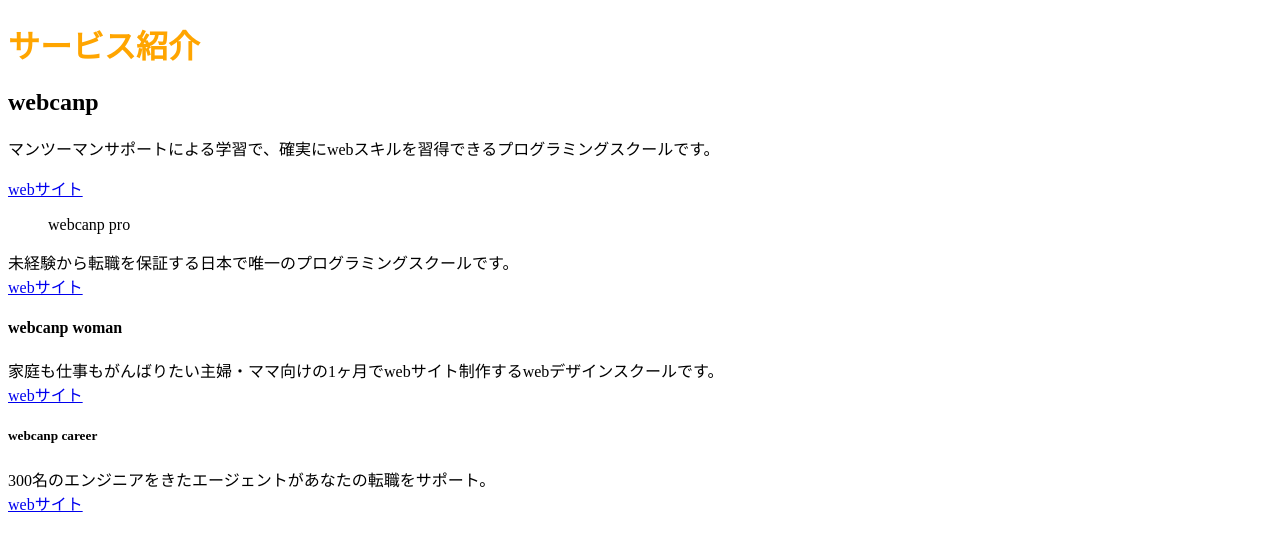
Repository: itoudaiki/git-practice
Page: sample/sample.html
The author's editor kept a record of every edit. The page is drawn from the files as they stood at one moment, then again after the next edit.
The browser window is 1280 px wide. The pictures show the whole page.

Above is the page before.

### sample/sample.html
<!DOCTYPE HTML>
<html lang="ja">
  <head>
    <meta charset="UTF-8" />
    <title>初めてのHTML</title>
    <link rel="stylesheet" href="style.css" />
  </head>
  <h1>サービス紹介</h1>
  <body>
  <h2>webcanp</h2>
  <p>マンツーマンサポートによる学習で、確実にwebスキルを習得できるプログラミングスクールです。</p>
  <a href="https://web-camp.io/">webサイト</a>
   <ul>webcanp pro</ul>
  <a>未経験から転職を保証する日本で唯一のプログラミングスクールです。</a>
  <br>
  <a href="https://web-camp.io/">webサイト</a>
  <h4>webcanp woman</h4>
  <a>家庭も仕事もがんばりたい主婦・ママ向けの1ヶ月でwebサイト制作するwebデザインスクールです。</a>
  <br>
  <a href="https://web-camp.io/">webサイト</a>
  <h5>webcanp career</h5>
  <a>300名のエンジニアをきたエージェントがあなたの転職をサポート。</a>
  <br>
  <a href="https://web-camp.io/">webサイト</a>
  </body>
</html>

### sample/style.css
h1 {
    color:orange;
}

After the next edit:
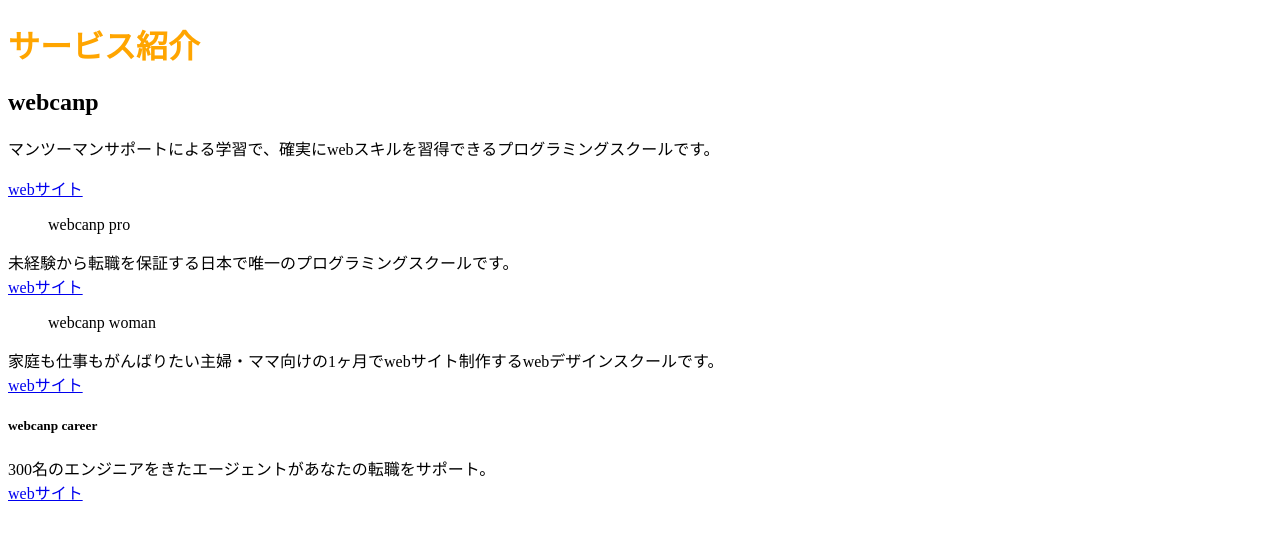
The edit:
--- a/sample/sample.html
+++ b/sample/sample.html
@@ -14,7 +14,7 @@
   <a>未経験から転職を保証する日本で唯一のプログラミングスクールです。</a>
   <br>
   <a href="https://web-camp.io/">webサイト</a>
-  <h4>webcanp woman</h4>
+  <ul>webcanp woman</ul>
   <a>家庭も仕事もがんばりたい主婦・ママ向けの1ヶ月でwebサイト制作するwebデザインスクールです。</a>
   <br>
   <a href="https://web-camp.io/">webサイト</a>
